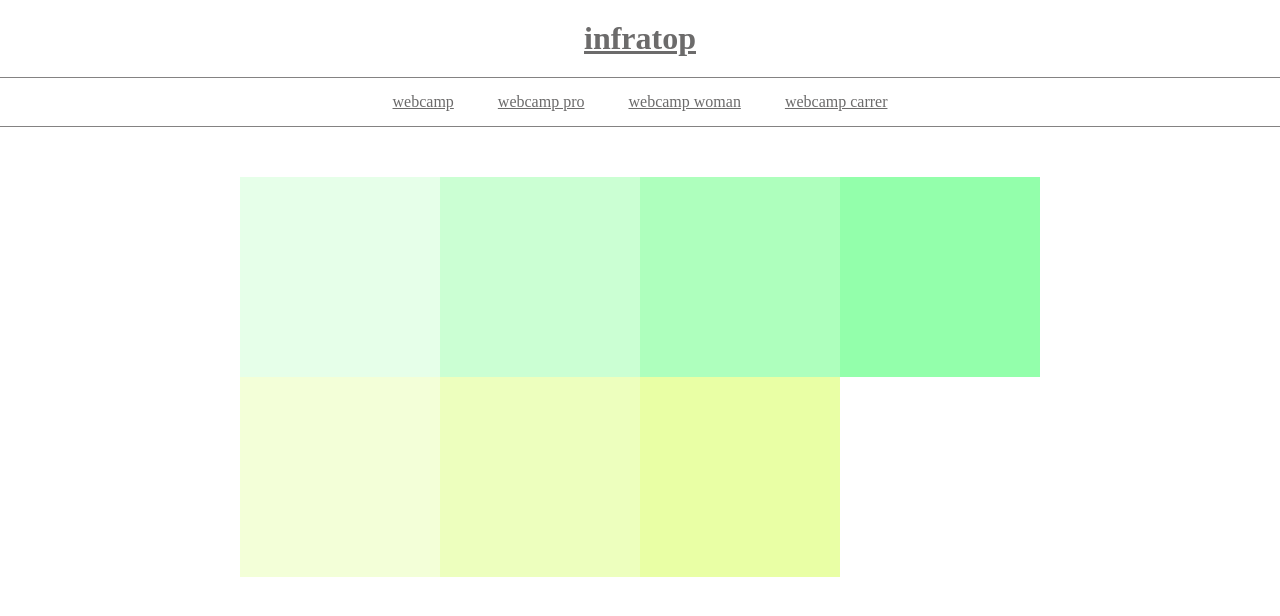
Repository: Raychel-310/chapter10
Page: chapter5_exercise/chapter5_exercise.html
The author's editor kept a record of every edit. The page is drawn from the files as they stood at one moment, then again after the next edit.
The browser window is 1280 px wide. The pictures show the whole page.

Above is the page before.

### chapter5_exercise/chapter5_exercise.html
<!DOCTYPE html>
<html lang="ja">
  <head>
    <meta charset="UTF-8" />
    <!-- CSSファイルの読み込み -->
    <link rel="stylesheet" href="chapter5_exercise.css" />
    <title>infratop</title>
  </head>

  <body>
    <!-- header -->
    <header>
      <h1 class="heading">
        <a href="chapter5_exercise.html">
          infratop
        </a>
      </h1>
    </header>

    <nav>
      <ul class="nav-list">
       <li class="nav-list-item">
          <a href="chapter5_exercise.html">webcamp</a>
        </li>
        <li class="nav-list-item">
          <a href="chapter5_exercise.html">webcamp pro</a>
        </li>
        <li class="nav-list-item">
          <a href="chapter5_exercise.html">webcamp woman</a>
        </li>
        <li class="nav-list-item">
          <a href="chapter5_exercise.html">webcamp carrer</a>
        </li>
      </ul>
    </nav>

    <div class="main">
      <div class="box1"></div>
      <div class="box2"></div>
      <div class="box3"></div>
      <div class="box4"></div>
      <div class="box5"></div>
      <div class="box6"></div>
      <div class="box7"></div>
      <div class="box8"></div>
      <div class="box9"></div>
      <div class="box10"></div>
      <div class="box11"></div>
      <div class="box12"></div>
    </div>
        <!-- navigation -->
    <!-- footer -->
    <footer>
      <p class="footer-text">© All rights reserved by Infratop.Inc.</p>
    </footer>
  </body>
</html>

### chapter5_exercise/chapter5_exercise.css
/* ブラウザがそれぞれ持っているCSSをリセットするための記述 */
* {
  margin: 0;
  padding: 0;
  box-sizing: border-box;
  color: #6c6b6b;
}

header {
  width: 100%; /* 横幅90% */
  padding: 20px 0;
  text-align: center;
}

.nav-list {
  text-align: center;
  padding: 15px 0;
  margin: 0 auto;
  border-bottom: 1px solid #848282;
  border-top: 1px solid #848282;
}

.nav-list-item {
  list-style: none;
  display: inline-block;
  margin: 0 20px;
}

.main {
  width: 800px;
  margin: 50px auto;
  display: flex;
  flex-wrap: wrap;
}

.box1 {
  width: 200px;
  height: 200px;
  background-color: #e6ffe9;
}

.box2 {
  width: 200px;
  height: 200px;
  background-color: #cbffd3;
}

.box3 {
  width: 200px;
  height: 200px;
  background-color: #aeffbd;
}

.box4 {
  width: 200px;
  height: 200px;
  background-color: #93ffab;
}

.box5 {
  width: 200px;
  height: 200px;
  background-color: #f3ffd8;
}

.box6 {
  width: 200px;
  height: 200px;
  background-color: #edffbe;
}

.box7 {
  width: 200px;
  height: 200px;
  background-color: #e9ffa5;
}

.box1 {
  width: 200px;
  height: 200px;
  background-color: #e6ffe9;
}
.footer-text {
  color: #fff;
}

After the next edit:
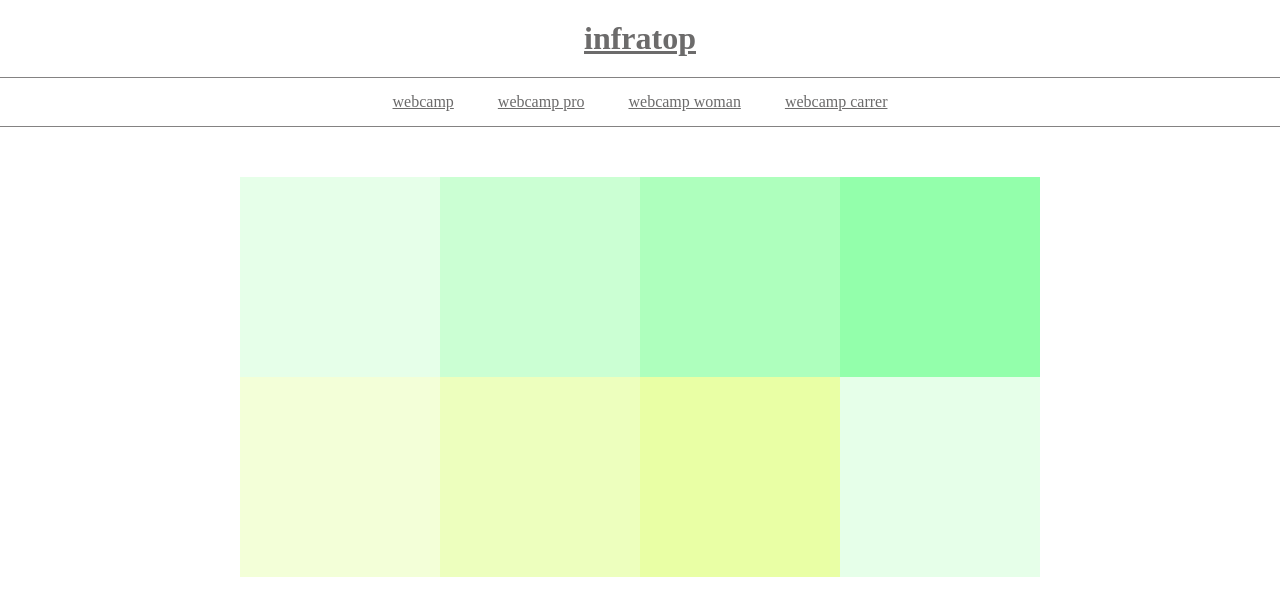
The edit:
--- a/chapter5_exercise/chapter5_exercise.css
+++ b/chapter5_exercise/chapter5_exercise.css
@@ -75,7 +75,7 @@
   background-color: #e9ffa5;
 }
 
-.box1 {
+.box8 {
   width: 200px;
   height: 200px;
   background-color: #e6ffe9;
